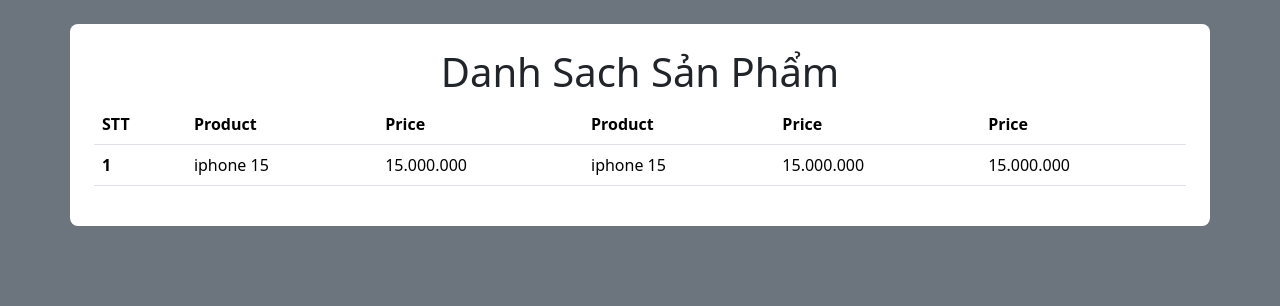
Repository: HT-35/iuh
Page: thi GK/listProduct.html
The author's editor kept a copy of each file at every save. The page is drawn from the files as they stood at one save, then again after the next save.
The browser window is 1280 px wide. The pictures show the whole page.
The page's requests for data from a server got no answer.

Above is the page before, as saved 2024-03-27 18:27:49.

### thi GK/listProduct.html
<!DOCTYPE html>
<html lang="en">

<head>
  <meta charset="UTF-8">
  <meta name="viewport" content="width=device-width, initial-scale=1.0">
  <title>Call API from Form Input</title>
  <link href="https://cdn.jsdelivr.net/npm/bootstrap@5.3.3/dist/css/bootstrap.min.css" rel="stylesheet">
</head>

<body class="container bg-secondary">

  <div class="row">

    <!-- <div class="col-sm-1 col-md-1 col-lg-1"></div> -->

    <div class="col-sm-12 col-md-12 col-lg-12  bg-white rounded-3 p-2 w-100 mt-4 p-4 w-100">
      <div class=" ">
        <div class="row">

          <div class="title col-sm-12 col-md-12 col-lg-12">
            <h1 class="text-center">Danh Sach Sản Phẩm</h1>
          </div>
        </div>
        <div class="">

          <div class="table-responsive">
            <table class="table">
              <thead>
                <tr>
                  <th>STT</th>
                  <th>Product</th>
                  <th>Price</th>
                  <th>Product</th>
                  <th>Price</th>
                  <th>Price</th>
                </tr>
              </thead>
              <tbody id="insertData">
                <tr>
                  <th scope="row">1</th>
                  <td>iphone 15</td>
                  <td>15.000.000</td>
                  <td>iphone 15</td>
                  <td>15.000.000</td>
                  <td>15.000.000</td>
                </tr>
              </tbody>
            </table>
          </div>


        </div>


        <div id="result"></div>
      </div>

    </div>


    <!-- <div class="col-sm-1 col-md-1 col-lg-1"></div> -->
  </div>



  <script src="https://cdn.jsdelivr.net/npm/bootstrap@5.3.3/dist/js/bootstrap.bundle.min.js"></script>
  <script src="./js/listProduct.js"></script>
</body>

</html>

### thi GK/js/listProduct.js
document.addEventListener("DOMContentLoaded", () => {
  const insertData = document.querySelector("#insertData");

  const callApi = async () => {
    const res = await fetch(`http://localhost:3000/product/`);
    const data = await res.json();
    const product = data.data;
    console.log("callApi ~ product:", product);
  };

  callApi();
});

After the next save:
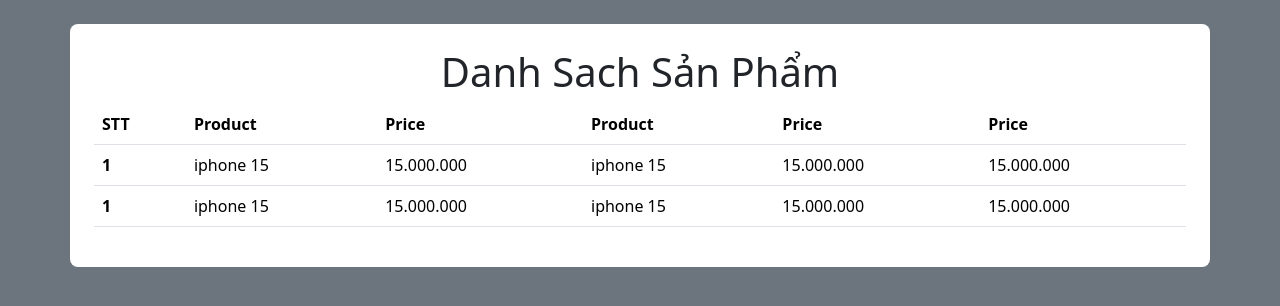
Saved 19 s later.
--- a/thi GK/listProduct.html
+++ b/thi GK/listProduct.html
@@ -45,6 +45,14 @@
                   <td>15.000.000</td>
                   <td>15.000.000</td>
                 </tr>
+                <tr>
+                  <th scope="row">1</th>
+                  <td>iphone 15</td>
+                  <td>15.000.000</td>
+                  <td>iphone 15</td>
+                  <td>15.000.000</td>
+                  <td>15.000.000</td>
+                </tr>
               </tbody>
             </table>
           </div>

After the 3 saves that followed:
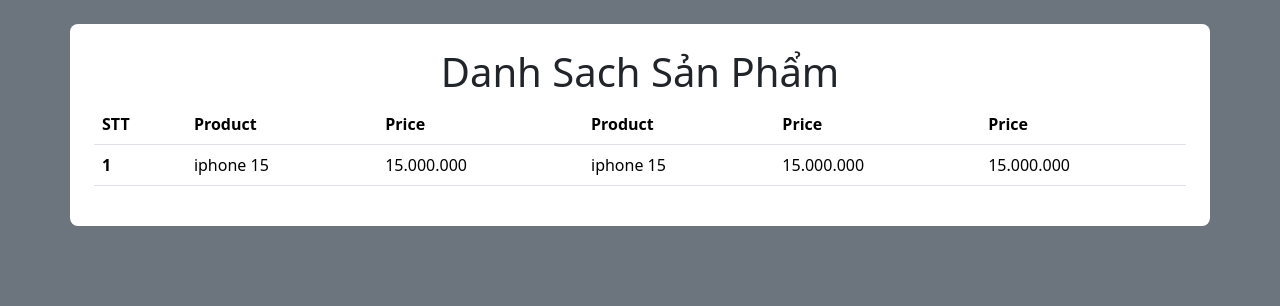
The 3 saves are shown as one change because they came seconds apart.
The last was saved 18 s later.
--- a/thi GK/listProduct.html
+++ b/thi GK/listProduct.html
@@ -45,14 +45,7 @@
                   <td>15.000.000</td>
                   <td>15.000.000</td>
                 </tr>
-                <tr>
-                  <th scope="row">1</th>
-                  <td>iphone 15</td>
-                  <td>15.000.000</td>
-                  <td>iphone 15</td>
-                  <td>15.000.000</td>
-                  <td>15.000.000</td>
-                </tr>
+
               </tbody>
             </table>
           </div>
